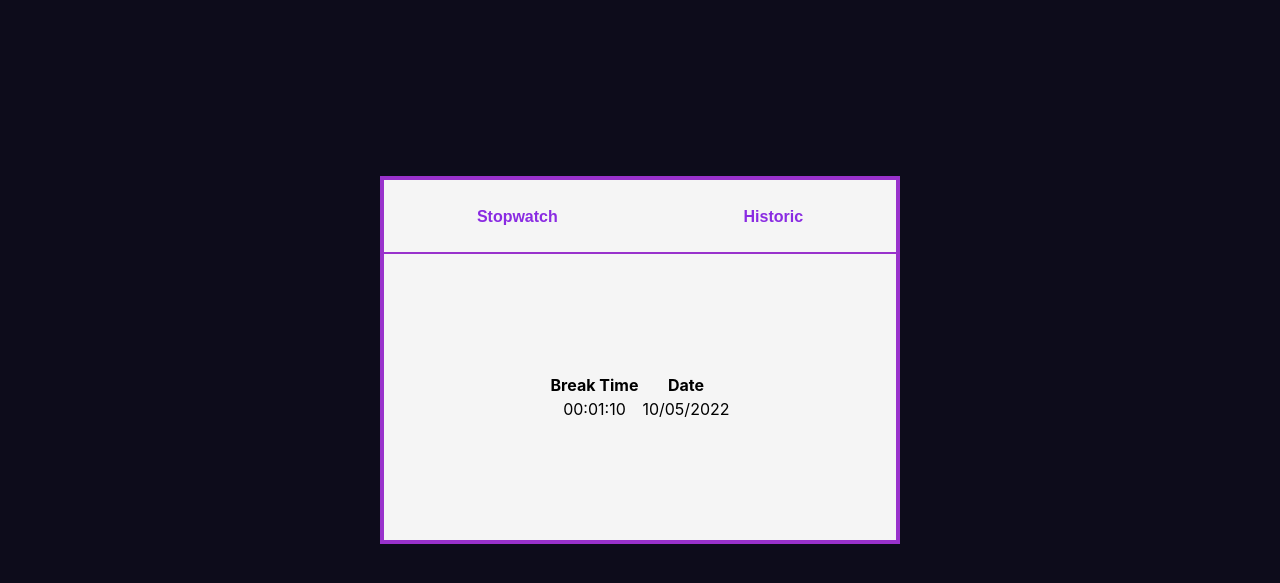
Repository: NicolasRSJ/fastdoubleclick
Page: /
The author's editor kept a copy of each file at every save. The page is drawn from the files as they stood at one save, then again after the next save.
The browser window is 1280 px wide. The pictures show the whole page.
The project was rebuilt for these pictures with package versions that can differ from the ones it lists, and the page was loaded fresh each time. Also part of the build but not shown: src/Views/Stopwatch/Index.jsx.

Above is the page before, as saved 2022-10-28 00:22:50.

### src/App.js
import './App.css';
import { Historic } from './Views/History/Index';
import { Stopwatch } from './Views/Stopwatch/Index';


function App() {
  return (
    <div className="App">
      <Historic/>
    </div>
  );
}

export default App;

### src/App.css
.App {
  background-color: #0d0c1b;
  width: 100vw;
  height: 100vh;
  display: flex;
  flex-direction: column;
  align-items: center;
  justify-content: center;
  text-align: center;
}

### src/Views/History/Index.jsx
import React from 'react'
import "./Index.css"

export const Historic = () => {

  return (
    <div className="container">
        <nav className="navigation">
            <p><a href='/'>Stopwatch</a></p>
            <p><a href='/historic'>Historic</a></p>
        </nav>
        <section className="contents">
            <table>
                <thead>
                    <th>Break Time</th>
                    <th>Date</th>
                </thead>
                <tbody>
                    <td>00:01:10</td>
                    <td>10/05/2022</td>
                </tbody>
            </table>
        </section>
    </div>
  )
}

### src/Views/History/Index.css
.container {
    width: 40%;
    height: 50vh;
    display: flex;
    flex-direction: column;
    background-color: whitesmoke;
    border: 4px solid darkorchid;
}

.navigation {
    width: 100%;
    height: 20%;
    display: flex;
    align-items: center;
    justify-content: space-around;
    border-bottom: 2px solid darkorchid;
}

.navigation p a {
    font-size: medium;
    font-weight: 600;
    text-decoration: none;
    font-family: sans-serif;
    color: blueviolet;
}

.contents {
    width: 100%;
    height: 80%;
    display: flex;
    align-items: center;
    justify-content: space-around;
    flex-direction: column;
}

.contents button {
    border: 2px solid darkorchid;
    border-radius: 100px;
    width: auto;
    height: auto;
    padding: 10px;
    background-color: whitesmoke;
    color: blueviolet;
    cursor: pointer;
    font-weight: 700;
}

.contents button:hover {
    border: none;
    background-color: darkorchid;
    color: white;
}

### src/Views/Stopwatch/Index.css
.container {
    width: 40%;
    height: 50vh;
    display: flex;
    flex-direction: column;
    background-color: whitesmoke;
    border: 4px solid darkorchid;
}

.navigation {
    width: 100%;
    height: 20%;
    display: flex;
    align-items: center;
    justify-content: space-around;
    border-bottom: 2px solid darkorchid;
}

.navigation p a {
    font-size: medium;
    font-weight: 600;
    text-decoration: none;
    font-family: sans-serif;
    color: blueviolet;
}

.contents {
    width: 100%;
    height: 80%;
    display: flex;
    align-items: center;
    justify-content: space-around;
    flex-direction: column;
}

.contents button {
    border: 2px solid darkorchid;
    border-radius: 100px;
    width: auto;
    height: auto;
    padding: 10px;
    background-color: whitesmoke;
    color: blueviolet;
    cursor: pointer;
    font-weight: 700;
}

.contents button:hover {
    border: none;
    background-color: darkorchid;
    color: white;
}

Loaded but not shown: public/index.html (common file); src/index.js (common file); src/index.css (common file); src/reportWebVitals.js (common file)

After the next save:
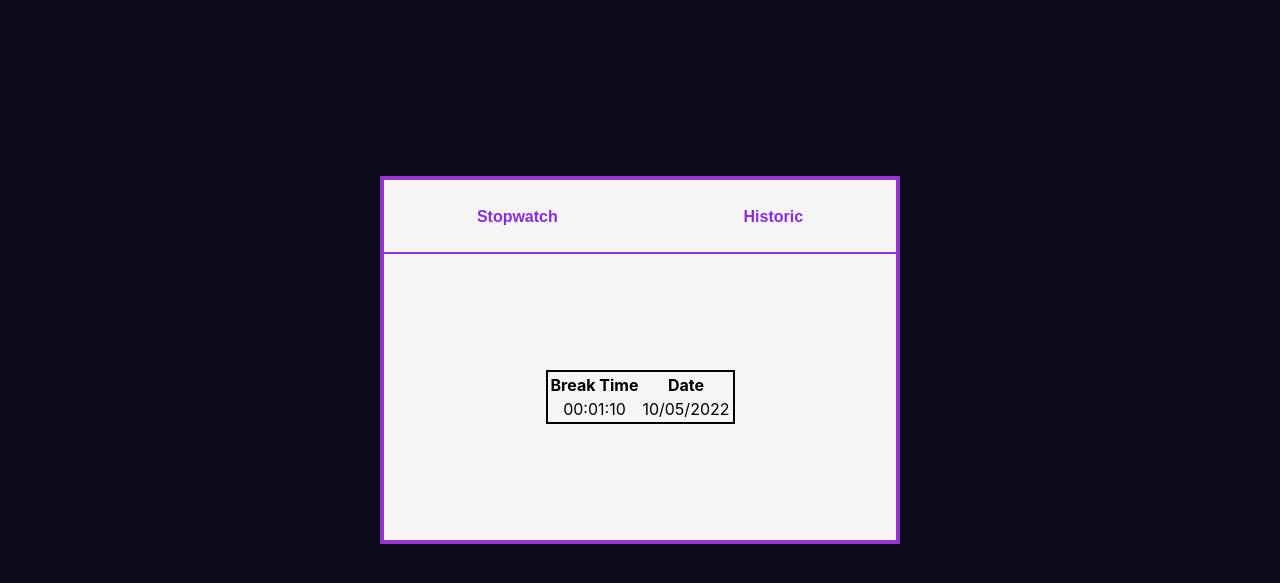
Saved 89 s later.
--- a/src/Views/History/Index.css
+++ b/src/Views/History/Index.css
@@ -33,20 +33,6 @@
     flex-direction: column;
 }
 
-.contents button {
-    border: 2px solid darkorchid;
-    border-radius: 100px;
-    width: auto;
-    height: auto;
-    padding: 10px;
-    background-color: whitesmoke;
-    color: blueviolet;
-    cursor: pointer;
-    font-weight: 700;
+.contents table {
+    border: 2px solid black;
 }
-
-.contents button:hover {
-    border: none;
-    background-color: darkorchid;
-    color: white;
-}
